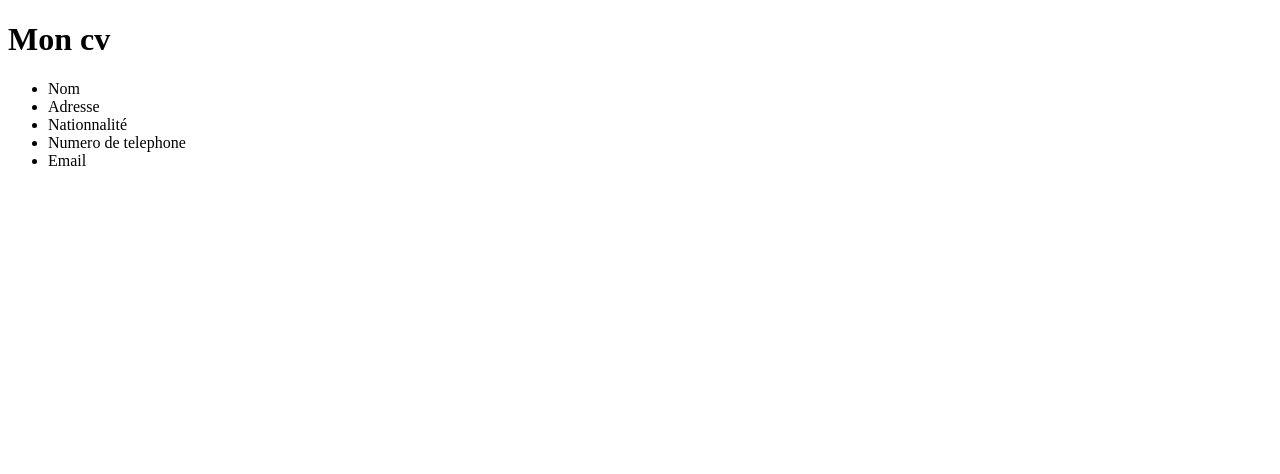
Repository: lamdakara/cv-html
Page: index.html
These files come from the project's save history. The page is drawn as it stood at one moment and after the next save; the edit follows.
The browser window is 1280 px wide. The pictures show the whole page.

Above is the page before, as saved 2023-08-22 00:01:54.

After the next save:
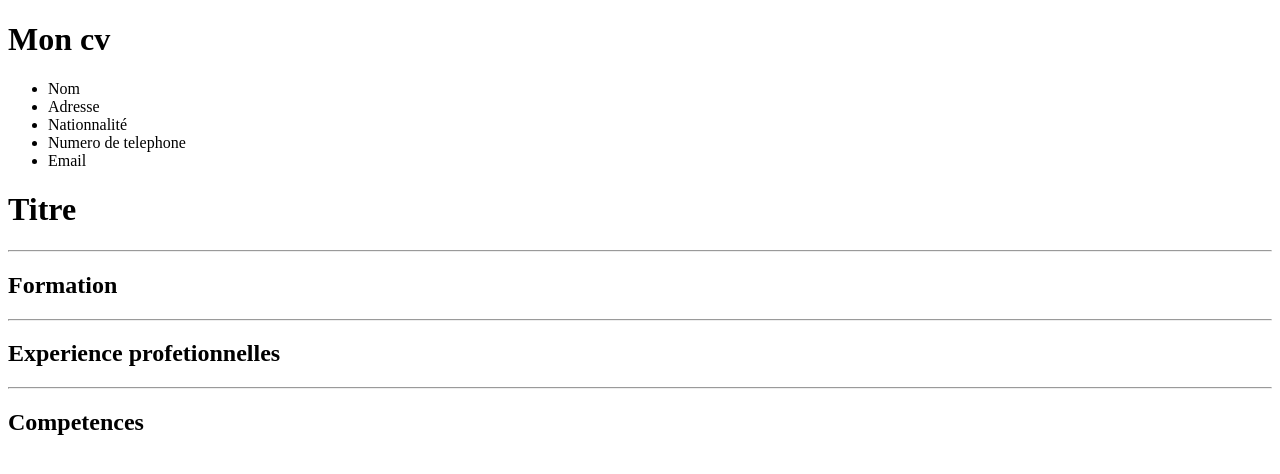
Saved 34 min 55 s later.
--- a/index.html
+++ b/index.html
@@ -14,5 +14,13 @@
         <li>Numero de telephone</li>
         <li>Email</li>
     </ul>
+    <!-- titre h1 -->
+    <h1>Titre</h1>
+    <hr>
+    <h2>Formation</h2>
+    <hr>
+    <h2>Experience profetionnelles</h2>
+    <hr>
+    <h2>Competences</h2>
 </body>
 </html>
